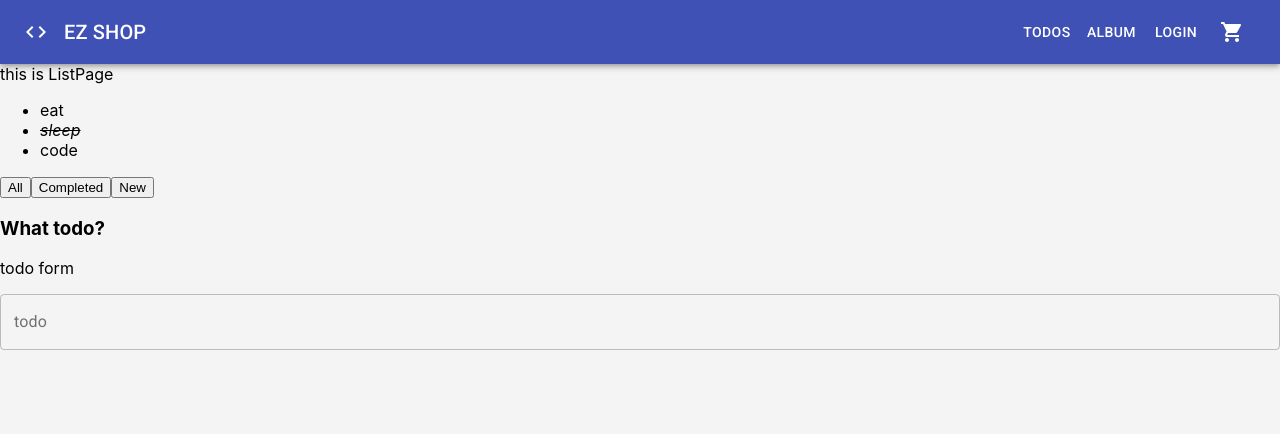
Repository: anhmuoi/learn-reactjs
Page: /todos
These files come from the project's save history. The page is drawn as it stood at one moment and after the next save; the edit follows.
The browser window is 1280 px wide. The pictures show the whole page.
The project was rebuilt for these pictures with package versions that can differ from the ones it lists, and the page was loaded fresh each time. Also part of the build but not shown: src/components/form-controls/PasswordField/index.js, src/features/Auth/components/LoginForm/index.jsx, src/features/Auth/components/Login/index.jsx, src/features/Auth/components/RegisterForm/index.jsx, src/features/Auth/components/Register/index.jsx, src/features/album/components/Album/index.jsx, src/features/album/components/AlbumList/style.scss, src/features/album/components/AlbumList/index.jsx and 28 more. Imported but missing from the stored project, and not drawn on this page: src/features/Product/components/ProductAdditional.jsx, src/features/Product/components/ProductReviews.jsx.

Above is the page before, as saved 2021-09-25 22:23:44.

### src/App.js
import categoryApi from "api/categoryApi.js";
import Header from "components/Header/index.jsx";
import AlbumFeature from "features/album/index.jsx";
import CartFeature from "features/Cart/index.jsx";
import ProductFeature from "features/Product/index.jsx";
import React, { useEffect } from "react";
import { Redirect, Route, Switch } from "react-router";
import "./App.css";
import NoteFound from "./components/NotFound";
import CounterFeature from "./features/Counter/index.jsx";
import TodoFeature from "./features/Todo";

function App() {

  // useEffect(() => {
  //   const fetchCategories = async  () => {
  //     const categories = await categoryApi.get(1);


  //   }

  //   fetchCategories();
  // }, [])


  return (
    <div className="App">
    <Header/>
      <Switch>
        <Redirect from="/home" to="/" exact></Redirect>
        <Redirect
          from="/posts-list/:postId"
          to="/posts/:postId"
          exact
        ></Redirect>

        <Route path="/" component={CounterFeature} exact />
        <Route path="/todos" component={TodoFeature}></Route>
        <Route path="/album" component={AlbumFeature}></Route>
        <Route path='/products' component={ProductFeature} />
        <Route path='/cart' component={CartFeature} />
        <Route component={NoteFound}></Route>
      </Switch>
    </div>
  );
}

export default App;

### src/app/store.js
import counterReducer from "../features/Counter/counterSlice.js";
import userReducer from '../features/Auth/userSlice.js'
import cartReducer from '../features/Cart/cartSlice.js'
const { configureStore } = require("@reduxjs/toolkit");

const rootReducer = {
  counter: counterReducer,
  user: userReducer,
  cart: cartReducer,
};

const store = configureStore({
  reducer: rootReducer,
});
export default store;

### src/api/categoryApi.js
const { default: axiosClient } = require("./axiosClient.js");

const categoryApi = {
    getAll(params){
        const url = '/categories';
        return axiosClient.get(url,{ params });
    },
    get(id) {
        const url = `/categories/${id}`;
        return axiosClient.get(url);
    },
    add(data) {
        const url = '/categories';
        return axiosClient.post(url, data);
    },
    update(data) {
        const url = `/categories/${data.id}`;
        return axiosClient.patch(url, data);
    },
    remove(id) {
        const url = `/categories/${id}`;
        return axiosClient.delete(url);
    }
};

export default categoryApi;

### src/components/Header/index.jsx
import { Badge, Box, IconButton } from "@material-ui/core";
import AppBar from "@material-ui/core/AppBar";
import Button from "@material-ui/core/Button";
import Dialog from "@material-ui/core/Dialog";
import DialogContent from "@material-ui/core/DialogContent";
import Menu from "@material-ui/core/Menu";
import MenuItem from "@material-ui/core/MenuItem";
import { makeStyles } from "@material-ui/core/styles";
import Toolbar from "@material-ui/core/Toolbar";
import Typography from "@material-ui/core/Typography";
import {
  AccountCircle, Close, ShoppingCart
} from "@material-ui/icons";
import CodeIcon from "@material-ui/icons/Code";
import Login from "features/Auth/components/Login/index.jsx";
import Register from "features/Auth/components/Register/index.jsx";
import { logout } from "features/Auth/userSlice.js";
import { cartItemCountSelector } from "features/Cart/selectors.js";
import React, { useState } from "react";
import { useDispatch, useSelector } from "react-redux";
import { Link, NavLink, useHistory } from "react-router-dom";

const useStyles = makeStyles((theme) => ({
  root: {
    flexGrow: 1,
  },
  menuButton: {
    marginRight: theme.spacing(2),
  },
  title: {
    flexGrow: 1,
  },
  link: {
    color: "#fff",
    textDecoration: "none",
  },
  closeButton: {
    position: "absolute",
    top: theme.spacing(1),
    right: theme.spacing(1),
    color: theme.palette.grey[500],
    zIndex: "1",
  },
  menu: {
    top: theme.spacing(5),
    "margin-top": theme.spacing(6),
  },
}));

const MODE = {
  LOGIN: "login",
  REGISTER: "register",
};

export default function Header() {
  const classes = useStyles();

  const LoggedIn = useSelector((state) => state.user);

  const cartItemCount = useSelector(cartItemCountSelector);

  const history = useHistory();

  const isLoggedIn = LoggedIn.current.id;

  const [mode, setMode] = useState(MODE.LOGIN);

  const [open, setOpen] = useState(false);

  const [anchorEl, setAnchorEl] = useState(null);

  const dispatch = useDispatch();

  const handleClickOpen = () => {
    setOpen(true);
  };

  const handleClose = () => {
    setOpen(false);
  };

  const handleClickMenu = (event) => {
    setAnchorEl(event.currentTarget);
  };

  const handleCloseMenu = () => {
    setAnchorEl(null);
  };

  const handleLogOut  = () => {
    handleCloseMenu();
    const action = logout();
    dispatch(action);
  }

  const handleCartClick  = () => {
    history.push('/cart')
  }



  return (
    <div className={classes.root}>
      <AppBar position="static">
        <Toolbar>
          <CodeIcon className={classes.menuButton} />

          <Typography variant="h6" className={classes.title}>
            <Link className={classes.link} to="/">
              EZ SHOP
            </Link>
          </Typography>
          <NavLink
            className={classes.link}
            to="/todos"
            activeClassName="active-menu"
          >
            <Button color="inherit">Todos</Button>
          </NavLink>
          <NavLink
            className={classes.link}
            to="/album"
            activeClassName="active-menu"
          >
            <Button color="inherit">Album</Button>
          </NavLink>
          {!!isLoggedIn && (
            <IconButton aria-haspopup="true" onClick={handleClickMenu}>
              <AccountCircle
                className={classes.link}
                color="inherit"
              ></AccountCircle>
            </IconButton>
          )}
          {!!!isLoggedIn && (
            <Button onClick={handleClickOpen} color="inherit">
              Login
            </Button>
          )}
          <IconButton onClick={handleCartClick} aria-label="show 4 new mails" color="inherit">
          <Badge badgeContent={cartItemCount} color="secondary">
            <ShoppingCart></ShoppingCart>
          </Badge>
        </IconButton>
        </Toolbar>
      </AppBar>

      <Menu
        className={classes.menu}
        id="simple-menu"
        anchorEl={anchorEl}
        keepMounted
        open={Boolean(anchorEl)}
        onClose={handleCloseMenu}
      >
        <MenuItem onClick={handleCloseMenu}>Profile</MenuItem>
        <MenuItem onClick={handleCloseMenu}>My account</MenuItem>
        <MenuItem onClick={handleLogOut}>Logout</MenuItem>
      </Menu>

      <Dialog
        disableEscapeKeyDown
        open={open}
        aria-labelledby="alert-dialog-title"
        aria-describedby="alert-dialog-description"
      >
        <IconButton className={classes.closeButton} onClick={handleClose}>
          <Close></Close>
        </IconButton>
        <DialogContent>
          {mode === MODE.REGISTER && (
            <>
              <Register closeDialog={handleClose} />
              <Box textAlign="center">
                <Button color="primary" onClick={() => setMode(MODE.LOGIN)}>
                  Already have an account. Login here
                </Button>
              </Box>
            </>
          )}
          {mode === MODE.LOGIN && (
            <>
              <Login closeDialog={handleClose} />
              <Box textAlign="center">
                <Button color="primary" onClick={() => setMode(MODE.REGISTER)}>
                  Dont have an account. Register here
                </Button>
              </Box>
            </>
          )}
        </DialogContent>
      </Dialog>
    </div>
  );
}

### src/features/Todo/index.jsx

import React, { useState } from 'react';
import { Route, Switch, useRouteMatch } from 'react-router-dom';
import NoteFound from '../../components/NotFound';
import TodoList from './components/TodoList/index.jsx';
import DetailPage from './pages/DetailPage';
import ListPage from './pages/ListPage';

TodoFeature.propTypes = {

};

function TodoFeature(props) {





    const match = useRouteMatch();


    return (
        <div>



        <Switch>
            <Route path={match.path} component={ListPage} exact></Route>
            <Route path={`${match.path}/:todoId`} component={DetailPage} exact></Route>
            <Route component={NoteFound}></Route>
        </Switch>

        </div>
    );
}

export default TodoFeature;

### src/features/Counter/counterSlice.js
const { createSlice } = require("@reduxjs/toolkit");

const counterSlice = createSlice({
  name: "counter",
  initialState: 0,
  reducers: {
    increase(state, action) {
      return state + 1;
    },
    decrease(state, action) {
      return state - 1;
    },
  },
});

const { actions, reducer } = counterSlice;
export const { increase, decrease } = actions;
export default reducer;

### src/features/Auth/userSlice.js
import { createSlice, createAsyncThunk} from "@reduxjs/toolkit";

import userApi from "api/userApi.js";
import storageKeys from "constants/storage-key.js";

export const register = createAsyncThunk(
    'user/register',
    async (payload) => {
      //call api
      const data = await userApi.register(payload);
      // save data to localStorage
      localStorage.setItem(storageKeys.TOKEN,data.jwt);
      localStorage.setItem(storageKeys.USER, JSON.stringify(data.user));

      return data.user;
    }
  )
  export const login = createAsyncThunk(
    'user/login',
    async (payload) => {
      //call api
      const data = await userApi.login(payload);
      // save data to localStorage
      localStorage.setItem(storageKeys.TOKEN,data.jwt);
      localStorage.setItem(storageKeys.USER, JSON.stringify(data.user));

      return data.user;
    }
  )

const userSlice = createSlice({
  name: "user",
  initialState: {
      current: JSON.parse(localStorage.getItem(storageKeys.USER) ) ||{},
      setting: {}
  },
  reducers: {
    logout(state) {

      localStorage.removeItem(storageKeys.TOKEN);
      localStorage.removeItem(storageKeys.USER);

      state.current = {}
    }

  },
  extraReducers: {
    [register.fulfilled]: (state, action) => {
      state.current = action.payload;
    },
    [login.fulfilled]: (state, action) => {
      state.current = action.payload;
    }
  }
});

const { actions, reducer } = userSlice;
export const {  logout} = actions;
export default reducer;

### src/features/Cart/cartSlice.js
import { createSlice } from "@reduxjs/toolkit";

const initialState = {
  showMiniCart: false,
  cartItems: [],
};

const cartSlice = createSlice({
  name: "cart",
  initialState,
  reducers: {
    showMiniCart(state) {
      state.showMiniCart = true;
    },
    hideMiniCart(state) {
      state.showMiniCart = false;
    },
    addFromCart(state, action) {
      const newItem = action.payload;
      const index = state.cartItems.findIndex((x) => x.id === newItem.id);
      if (index >= 0) {
        state.cartItems[index].quantity += newItem.quantity;
      } else {
        state.cartItems.push(newItem);
      }
    },
    setQuantity(state, action) {
      const { id, quantity } = action.payload;
      const index = state.cartItems.findIndex((x) => x.id === id);
      if (index >= 0) {
        state.cartItems[index].quantity = quantity;
      }
    },
    removeFromCart(state, action) {
      const idNeedRemove = action.payload;
      state.cartItems = state.cartItems.filter((x) => x.id !== idNeedRemove);
    },
  },
});

export const {
  showMiniCart,
  hideMiniCart,
  addFromCart,
  removeFromCart,
  setQuantity,
} = cartSlice.actions;
export default cartSlice.reducer;

### src/api/axiosClient.js
const { default: axios } = require("axios");

const axiosClient = axios.create({
  baseURL: "https://api.ezfrontend.com/",
  headers: {
    "Content-Type": "application/json",
  },
});

// Add a request interceptor
axiosClient.interceptors.request.use(
  function (config) {
    // Do something before request is sent
    return config;
  },
  function (error) {
    // Do something with request error
    return Promise.reject(error);
  }
);

// Add a response interceptor
axiosClient.interceptors.response.use(
  function (response) {
    // Any status code that lie within the range of 2xx cause this function to trigger
    // Do something with response data
    return response.data;
  },
  function (error) {
    // Any status codes that falls outside the range of 2xx cause this function to trigger
    // Do something with response error


    const { config, status, data } = error.response;
    const URLS = ['/auth/local/register', '/auth/local'];
    if (URLS.includes(config.url) && status === 400) {
      const errorList = data.data || [];
      const firstError = errorList.length > 0 ? errorList[0] : {};
      const messageList = firstError.messages || [];
      const firstMessage = messageList.length > 0 ? messageList[0] : {};
      throw new Error(firstMessage.message);

    }

    return Promise.reject(error);
  }
);

export default axiosClient;

### src/features/Cart/selectors.js
import { createSelector } from "@reduxjs/toolkit";

const cartItemSelector = (state) => state.cart.cartItems;

export const cartItemCountSelector = createSelector(cartItemSelector, (cartItems) =>
  cartItems.reduce((count, item) => count + item.quantity, 0)
);

export const cartItemTotalSelector = createSelector(cartItemSelector, (cartItems) =>
  cartItems.reduce((total, item) => total + item.product.salePrice * item.quantity, 0)
);

### src/features/Todo/components/TodoList/index.jsx
import React from "react";
import PropTypes from "prop-types";
import classnames from "classnames";
import "./style.scss";

TodoList.propTypes = {
  todoList: PropTypes.array,
  onclickTodo: PropTypes.func,
};

TodoList.defaultProps = {
  todoList: [],
};

function TodoList(props) {
  const { todoList, onclickTodo } = props;

  const handleClick = (todo) => {
    onclickTodo(todo);
  };

  return (
    <ul className="todoList">
      {todoList.map((todo) => (
        <li
          key={todo.id}
          onClick={() => handleClick(todo)}
          className={classnames({
            completed: todo.status === "completed",
          })}
        >
          {todo.title}
        </li>
      ))}
    </ul>
  );
}

export default TodoList;

### src/features/Todo/pages/ListPage/index.jsx
import TodoList from "features/Todo/components/TodoList/index.jsx";
import React, { useState } from "react";
import TodoForm from "../../components/TodoForm";

ListPage.propTypes = {};

function ListPage(props) {

  const initTodoList = [
    {
        id: 1,
        title: 'eat',
        status: 'new',
    },
    {
        id: 2,
        title: 'sleep',
        status: 'completed',
    },
    {
        id: 3,
        title: 'code',
        status: 'new',
    },
]
const [todoList, setTodoList] = useState(initTodoList);
const [filterTodoList, setFilterTodoList] = useState('all');

const handleOnclickTodo = (todo) => {
    const newTodoList = [...todoList];
    newTodoList[todo.id - 1] = {
        ...newTodoList[todo.id - 1],
        status: todo.status === 'new' ? 'completed' : 'new',
    }
    setTodoList(newTodoList);
}

const handleClickAll  = () =>{
    setFilterTodoList('all');

};

const handleClickCompleted  = () =>{
    setFilterTodoList('completed')
};

const handleClickNew  = () =>{
    setFilterTodoList('new')
};

const todoFilterList = todoList.filter(todo => filterTodoList === 'all' || filterTodoList === todo.status)





  const handleTodoFormSubmit = (values) => {
    console.log("form submit", values);
  };
  return (
    <div>
      this is ListPage

      <TodoList todoList={todoFilterList} onclickTodo={handleOnclickTodo}/>
        <div>
            <button onClick={handleClickAll}>All</button>
            <button onClick={handleClickCompleted}>Completed</button>
            <button onClick={handleClickNew}>New</button>
        </div>


      <h3>What todo?</h3>
      <TodoForm onSubmit={handleTodoFormSubmit} />
    </div>
  );
}

export default ListPage;

### src/api/userApi.js
import axiosClient from "./axiosClient.js";


const userApi = {

    register(data) {
        const url = '/auth/local/register';
        return axiosClient.post(url, data);
    },
    login(data) {
        const url = '/auth/local';
        return axiosClient.post(url, data);
    },
};

export default userApi;

### src/constants/storage-key.js
const storageKeys = {
    USER: 'user',
    TOKEN: 'access_token',
};

export default storageKeys;

### src/features/Todo/components/TodoList/style.scss
.todoList {
    & > li {
        cursor: pointer;

    }
    & > li.completed {
        font-style: italic;
        text-decoration: line-through;

    }
}

### src/features/Todo/components/TodoForm/index.jsx
import { yupResolver } from '@hookform/resolvers/yup';
import InputField from "components/form-controls/InputField/index.jsx";
import PropTypes from "prop-types";
import React from "react";
import { useForm } from "react-hook-form";
import * as yup from "yup";




TodoForm.propTypes = {
  onSubmit: PropTypes.func,
};

function TodoForm(props) {
  const {onSubmit} = props;

  const schema = yup.object().shape({
      title: yup.string().required("Please enter title"),
  });
  const form = useForm({
    defaultValues: {
      title: "",
    },
    resolver: yupResolver(schema)
  });

  const handleSubmit = (values) => {
    onSubmit(values);
  };

  return (
    <form onSubmit={form.handleSubmit(handleSubmit)}>
      todo form
      <InputField form={form} name="title" label="todo" />
    </form>
  );
}

export default TodoForm;

### src/components/form-controls/InputField/index.jsx
import { TextField } from "@material-ui/core";
import PropTypes from "prop-types";
import React from "react";
import { Controller } from "react-hook-form";

InputField.propTypes = {
  form: PropTypes.object.isRequired,
  name: PropTypes.string.isRequired,

  label: PropTypes.string,
  disabled: PropTypes.bool,
};

function InputField(props) {
  const { form, name, label, disabled} = props;
  const { formState } = form;

  const hasError = !!(formState.errors[name]);


  return (
    <Controller
      name={name}
      control={form.control}
      disabled={disabled}
      render={({ field }) => (

        <TextField
          {...field}


          fullWidth

          label={label}
          margin='normal'
          variant="outlined"
          error={hasError}
          helperText={formState.errors[name]?.message}

        />

      )}
    />
  );
}

export default InputField;

Loaded but not shown: public/index.html (common file); src/index.js (common file); src/index.css (common file); src/reportWebVitals.js (common file); src/App.css (common file)

After the next save:
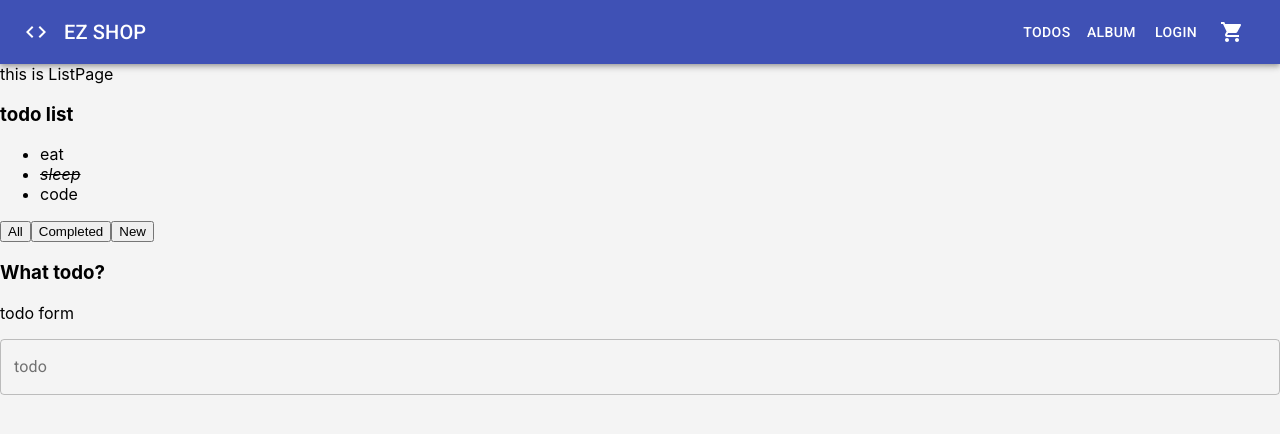
Saved 5 s later.
--- a/src/features/Todo/pages/ListPage/index.jsx
+++ b/src/features/Todo/pages/ListPage/index.jsx
@@ -60,7 +60,7 @@ const todoFilterList = todoList.filter(todo => filterTodoList === 'all' || filte
   return (
     <div>
       this is ListPage
-
+      <h3>todo list</h3>
       <TodoList todoList={todoFilterList} onclickTodo={handleOnclickTodo}/>
         <div>
             <button onClick={handleClickAll}>All</button>
